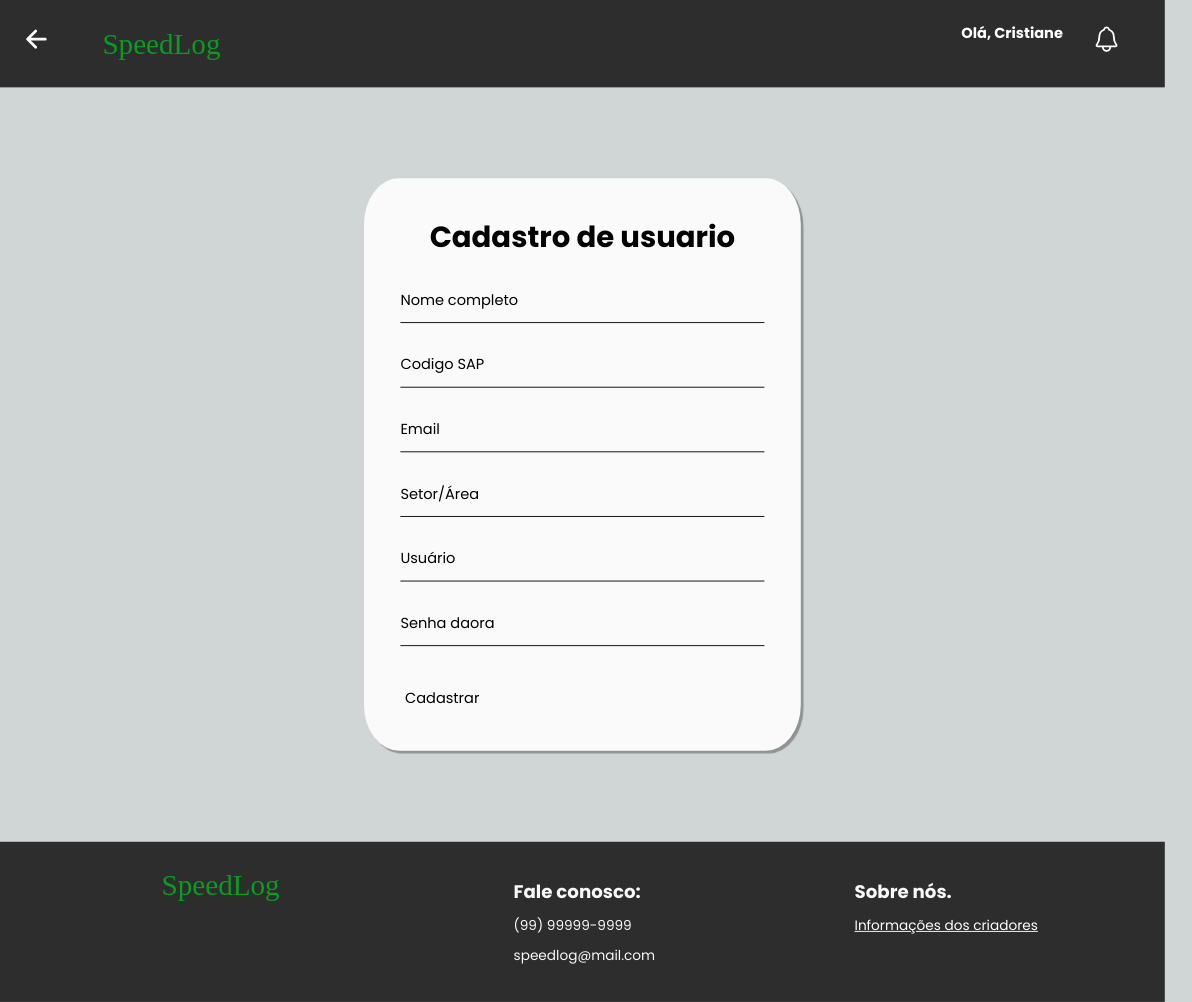
Repository: crisholiveira/speedlog
Page: http://localhost/cadastroDeUsuario/
The author's editor kept a copy of each file at every save. The page is drawn from the files as they stood at one save, then again after the next save.
The browser window is 1280 px wide. The page is 1280 px wide, then 1310 px, then 1280 px, so the pictures cover 1310 px, including what lies to the right of the window. The pictures show the whole page, at 91% of full size.
Some web fonts or font styles are not loaded; a fallback is used. The page is served by the project's Node server (app.js).

Above is the page before, as saved 2022-01-23 18:18:58.

After the next save:
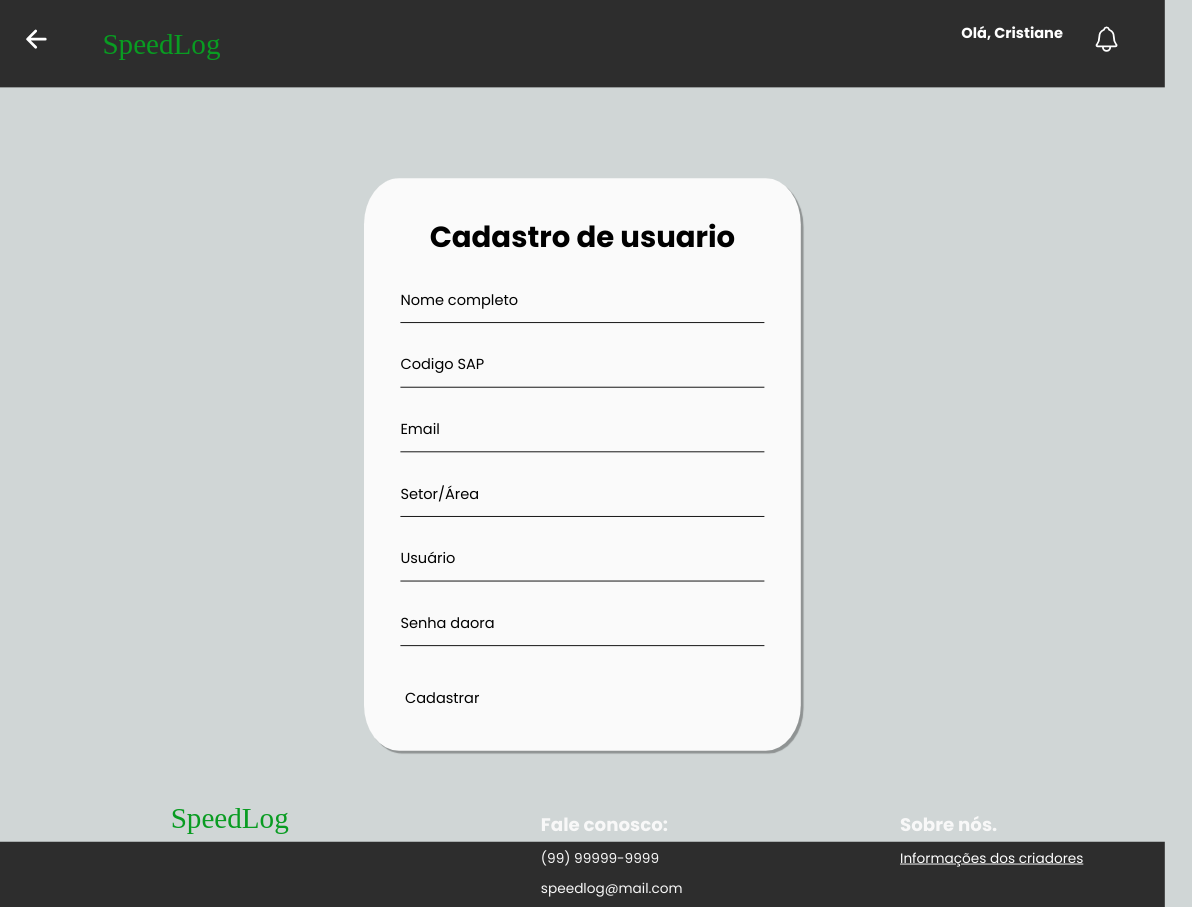
Saved 2 min 38 s later.
--- a/public/stylesheets/footer.css
+++ b/public/stylesheets/footer.css
@@ -41,6 +41,9 @@
 .footer{
     display: flex;
     justify-content: space-around;
+    position: absolute;
+    width: 100%;
+    bottom: 0;
 
 }
 

After the save that followed:
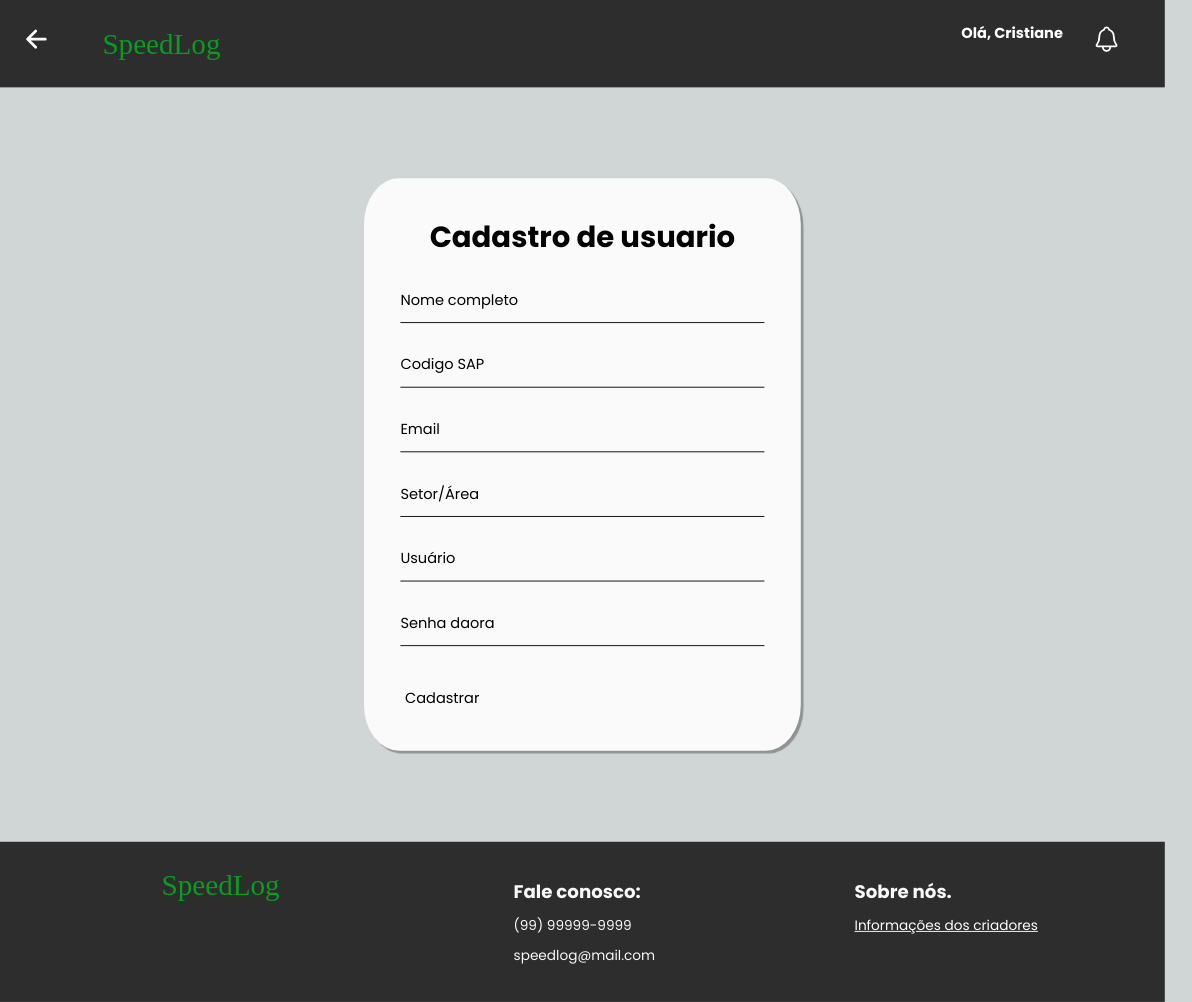
Saved 79 s later.
--- a/public/stylesheets/footer.css
+++ b/public/stylesheets/footer.css
@@ -41,9 +41,7 @@
 .footer{
     display: flex;
     justify-content: space-around;
-    position: absolute;
-    width: 100%;
-    bottom: 0;
+
 
 }
 
